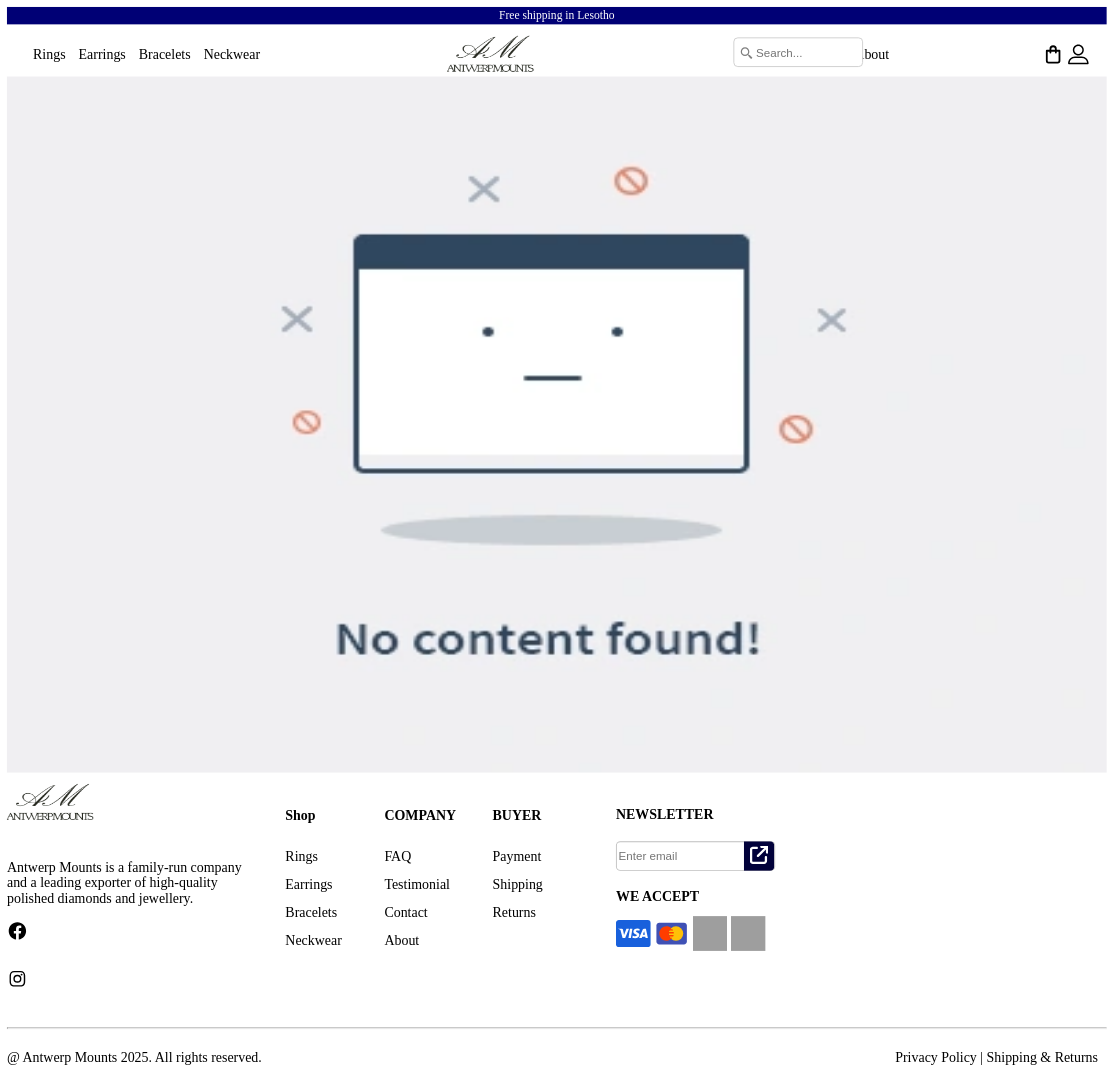
Repository: kea-0424/Web-Development-Project-1
Page: First_collaboration/JewelarySite.html
An editor plug-in stored every save of this project. The page is shown before and after a run of saves, followed by the edit.
The browser window is 1280 px wide. The pictures show the whole page, at 87% of full size.
Pictures or frames that could not be fetched are drawn as grey boxes.

Above is the page before, as saved 2025-01-23 12:13:52.

### First_collaboration/JewelarySite.html
<!DOCTYPE html>
<html lang="en">
<head>
    <meta charset="UTF-8">
    <meta name="viewport" content="width=device-width, initial-scale=1.0">
    <title>Document</title>
    <link rel="stylesheet" href="./JewelarySite.css">
</head>
<body>
    <header>
        <div class="notification">
            <span>Free shipping in Lesotho</span>
        </div>
        <nav>
                <ul class="navigations"  id="right_nav">
                    <li class="navbar_links"><a href="#">Rings</a></li>
                    <li class="navbar_links"><a href="#">Earrings</a></li>
                    <li class="navbar_links"><a href="#">Bracelets</a></li>
                    <li class="navbar_links"><a href="#">Neckwear</a></li>
                </ul>

            <div class="logo_container">
<img src="Main_Logo-removebg-preview.png" alt="Logo" class="main_logo" id="Nav_logo">
            </div>
                <ul class="navigations" id="left_nav">
                    <li class="navbar_links"><a href="#">FAQ</a></li>
                    <li class="navbar_links"><a href="#">Help</a></li>
                    <li class="navbar_links"><a href="#">About</a></li>
                </ul>
                <form action="#">
                    <div class="searchbar_container">
                        <img src="./bx-search-alt-2.svg" alt="icon" class="searchbar_icon">
                        <input class='searchbar' type="text" placeholder="Search...">
                    </div>
                </form>
                <div class="nav_icons">
                    <img src="./cart.svg" alt="Logo" class="icon">
                    <img src="./profile.svg" alt="Logo" class="icon">
                </div>
        </nav>
    </header>
    <main>
        <img src="./NoContent.webp" alt="No_Content" class="No_Content">
    </main>
    <footer>
        <div class="about_us">
            <div class="logo_container">
                <img src="Main_Logo-removebg-preview.png" alt="Logo" class="main_logo">
                            </div>
                            <div class="bio">
                                <p>Antwerp Mounts is a family-run company<br>
                                    and a leading exporter of high-quality<br>
                                   polished diamonds and jewellery.</p>
                            </div>
                                <div class="social_media">
                                    <div class="socials1" >
                                        <a href="#"><img src="./bxl-facebook-circle (1).svg" alt="Facebook" id="facebook_link"></a>
                                    </div>
                                    <div class="socials2">
                                        <a href="#"><img src="./x-twitter-brands-solid.svg" alt="Twitter" id="X_link"></a>
                                    </div>
                                    <div class="socials2">
                                        <a href="#"><img src="./bxl-instagram (1).svg" alt="Instagram" id="instagram_link"></a>
                                    </div>
                                    </div>
        </div>
        <div class="navigation">
            <div class="list1">
                <h4>Shop</h4>
                <ul class="footer_lists">
                    <li><a href="#">Rings</a></li>
                    <li><a href="#">Earrings</a></li>
                    <li><a href="#">Bracelets</a></li>
                    <li><a href="#">Neckwear</a></li>
                </ul>
            </div>
            <div class="list2">
               <h4>COMPANY</h4>
               <ul class="footer_lists">
                <li><a href="#">FAQ</a></li>
                <li><a href="#">Testimonial</a></li>
                <li><a href="#">Contact</a></li>
                <li><a href="#">About</a></li>
               </ul>
            </div>
            <div class="list3">
                <h4>BUYER</h4>
                <ul class="footer_lists">
                    <li><a href="#">Payment</a></li>
                    <li><a href="#">Shipping</a></li>
                    <li><a href="#">Returns</a></li>
                </ul>
            </div>
        </div>
        <div class="Subscription">
            <h4>NEWSLETTER</h4>
            <form action="#">
                <div class="input_container">
                    <input type="text" placeholder="Enter email" class="newsletter_input">
                    <button type="submit" class="submit_btn"><img src="./arrow-up-right-from-square-solid.svg" alt="arrow"></button>
                </div>
            </form>
            <h4>WE ACCEPT</h4>
            <div class="payment_methods">
                <div class="payment_method">
                    <img src="./cc-visa-brands-solid.svg" alt="visa" id="visa">
                </div>
                <div class="payment_method">
                    <img src="mastercard.svg" alt="mastercard" id="mastercard">
                </div>
                <div class="payment_method">
                    <img src="./paypal.svg" alt="paypal" id="paypal">
        </div>
        <div class="payment_method">
            <img src="./skrill.svg" alt="skrill" id="skrill">
        </div>
            </div>
        </div>
        <hr>
        <div class="copyright">
            <p class="left_details">@ Antwerp Mounts 2025. All rights reserved.</p>
            <p class="right_details">Privacy Policy | Shipping & Returns</p>
        </div>
    </footer>
</body>
</html>

### First_collaboration/JewelarySite.css

body {
    box-sizing: border-box;
}
.notification {
    background-color: rgb(0 0 117);
    color: rgb(255 255 255);
    display: flex;
    align-items: center;
    justify-content: center;
    font-size: smaller;
    width: inherit;
    height: 20px;
}
nav {
    display: flex;
    justify-content: space-between;
    /*padding: 10px;*/
}
.main_logo {
    height: 80px;
    width: 100px;
    margin-top: 0;

}
#Nav_logo {
    margin: 0 auto;
    position: absolute;
    left: 40%;
}
.navigations,.navbar_links {
    list-style-type: none;
    display: flex;
    justify-content: space-between;
list-style: none;
text-decoration: none;
color: inherit;
margin-right: 15px;
padding: 0;
}
nav {
    position:relative;
    width: 100%;
    height: 60px
}

a {
    text-decoration: none;
color: inherit;
}
a:hover {
    /*font-size: larger;*/
    transition: font-size 0.2s ease-in-out;
    position: relative;
    /*background-color: blue;*/
    color: rgba(0 0 255 / 0.26);
    border-radius: 3px;
}
main,.No_Content {
    width: 100%;
    height: 800px;
}
.searchbar {
    width: 120px;
    height: 30px;
    border-radius: 5px;
    border: 1px solid #ccc;
    margin-top: 18px;
    padding-left: 25px;
    position: absolute;
    bottom: 1px;
}
.searchbar_container{
/*border: 1px solid red;*/
    width: 120px;
    height: 30px;
    position: relative;
    left: 300px;
    top: 20px;
}
.searchbar_icon{
    position: absolute;
    z-index: 1;
    margin-left: 7px;
    opacity: 0.5;
    height: 17px;
    width: 17px;
    top: 5px;
}
.navbar_links {
    margin-top: 10px;
}
.icon {
    width: 25px;
    height: 25px;
    margin-top: 22px;
}
#left_nav{
    position: absolute;
    right: 220px;
}
#right_nav {
    position: absolute;
    left: 30px;
}
.nav_icons {
    margin-right: 20px;
}
.socials {
    /*border: 1px solid red;*/
    display: inline;
    height: 50px;
    width: 50px;
    background-color: black;
}
.bio {
    /*border: 1px solid red;*/
    display: inline-block;
}
#X_link {
    height: 23px;
    width: 23px;
    border-radius: 50%;
    display: inline-block;
}
/*.list1,.list2,.list3*/.navigation{
    /*border: 1px solid red;*/
    display: inline-block;
    position: absolute;
    left: 320px;
    top: 20px;
box-sizing: border-box;
}
footer {
    /*border: 1px solid red;*/
    position: relative;
}
.list1,.list2,.list3 {
    /*border: 1px solid red;*/
    display: inline-block;
    box-sizing: border-box;
    margin-right: 5px;
}
.list3 {
    position: relative;
    bottom: 32px;
}
.footer_lists {
    position: relative;
    right: 40px;
    list-style: none;
    line-height: 2em;
}
.input_container{
    /*border: 1px solid red;*/
    display: inline;
    height: 33px;
    position: relative;
    border-radius: 5px;
    z-index: 1
}
.newsletter_input {
    height: 30px;
    overflow: hidden;
    border-radius: 5px;
    border: 1px solid rgba(0 0 0 / 0.25);
    /*z-index: 1;*/
}
.submit_btn {
    background-color: rgb(2 2 59);
    border: 1px solid transparent;
    height: 34px;
    width: 35px;
    position: absolute;
right: 1px;
    border-radius:0px 5px 5px 0px;
}
#visa, #mastercard, #paypal, #skrill {
    height: 40px;
    width: 40px;
}
#visa:hover, #mastercard:hover, #paypal:hover, #skrill:hover {
    height: 50px;
    width: 50px;
}
.payment_method {
    /*border: 1px solid red;*/
    display: inline-block;
    position: relative;
    bottom: 8px;
}
.Subscription {
/*border: 1px solid red;*/
display: inline;
position: absolute;
left: 700px;
top:18px;
}
hr {
    margin-top: 40px;
}
.copyright {
   /* border: 1px solid red;*/
    position: relative;
}
.left_details {
    /*border: 1px solid red;*/
    display: inline-block;
}
.right_details {
    /*border: 1px solid red;*/
    display: inline;
    position: absolute;
    right: 10px;
}

After the next 4 saves:
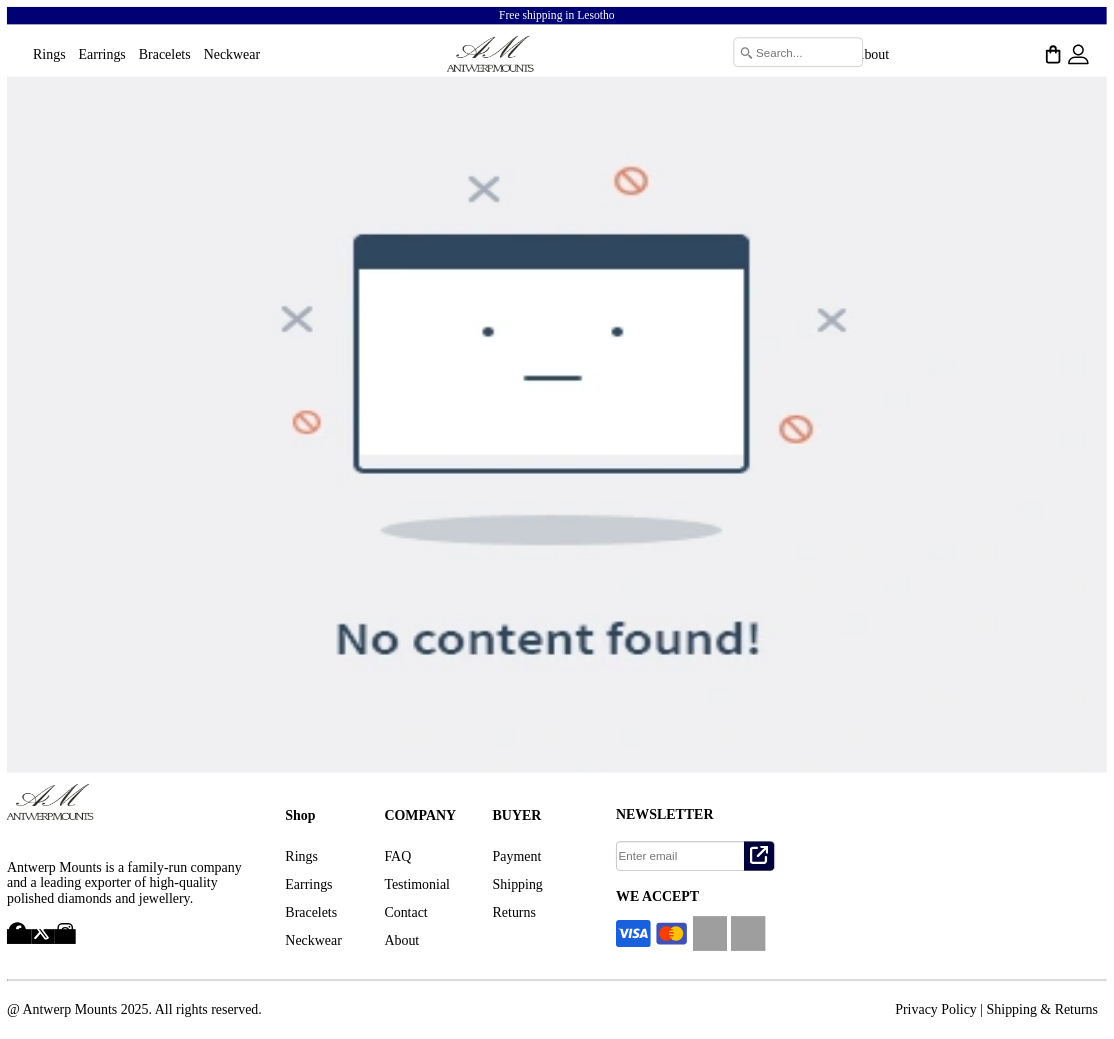
The 4 saves are shown as one change because they came seconds apart.
The last was saved 25 s later.
--- a/First_collaboration/JewelarySite.css
+++ b/First_collaboration/JewelarySite.css
@@ -106,7 +106,7 @@ main,.No_Content {
 .nav_icons {
     margin-right: 20px;
 }
-.socials {
+.socials1, .socials2, .socials3, .socials4{
     /*border: 1px solid red;*/
     display: inline;
     height: 50px;
